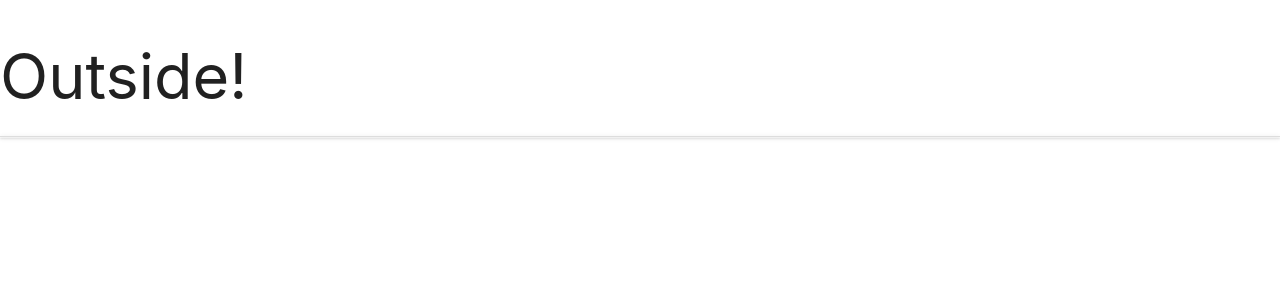
Repository: Code-Institute-Submissions/Project3-Holiday_Planning
Page: http://localhost/?category=Accommodation
The author's editor kept a record of every edit. The page is drawn from the files as they stood at one moment, then again after the next edit.
The browser window is 1280 px wide. The pictures show the whole page.
The page is served by the project's application, run on Flask 3 (app.py). Queries for data that is not in the repository find no rows.

Above is the page before.

### templates/tasks.html
{% extends 'layout.html' %}
{% block content %}


<!--put the collapsible initialization in layout.html    -->
<ul class="collapsible">
     {% for task in tasks %}
    <li>
      <div class="collapsible-header"><i class="material-icons">expand_more</i><strong>{{task.task_name}}</strong> - {{task.due_date}}</div>
      <div class="collapsible-body"><span>{{task.task_description}}</span><br><span>{{task.website_link}}</span></div>
    </li>

    {% endfor %}
  </ul>


{% endblock %}

### templates/layout.html
<!DOCTYPE html>
<html>
    <head>
        <!--jquery place before materialize because materialize use that functionality-->
        <link href="https://fonts.googleapis.com/icon?family=Material+Icons" rel="stylesheet">
        <link rel="stylesheet" href="https://cdnjs.cloudflare.com/ajax/libs/materialize/1.0.0/css/materialize.min.css">



    </head>


    <body>
        <h1>Outside!</h1>
        {% block content %}
        {% endblock %}
    </body>

     <script src="https://cdnjs.cloudflare.com/ajax/libs/jquery/3.4.1/jquery.min.js"></script>


</html>

### app.py

import os
from flask import Flask, render_template, redirect, request, url_for
from flask_pymongo import PyMongo
from bson.objectid import ObjectId

app = Flask(__name__)
app.config["MONGO_DBNAME"] = 'holiday_planning'
app.config["MONGO_URI"] = 'mongodb+srv://root:es1234@cluster0-dio8w.mongodb.net/holiday_planning?retryWrites=true&w=majority'
mongo = PyMongo(app)


# this function fetch all our data in mongodb pass it back to tasks.html
@app.route('/')
@app.route('/get_tasks')
def get_tasks():
    return render_template("tasks.html", tasks=mongo.db.tasks.find())


# this function fetch all our category in mongodb and pass it back to addTask.htmk <select>
@app.route('/add_task')
def add_task():
    return render_template('addtask.html', category=mongo.db.category.find())


if __name__ == '__main__':
    app.run(host=os.environ.get('IP'),
            port=int(os.environ.get('PORT')),
            debug=True)

After the next edit:
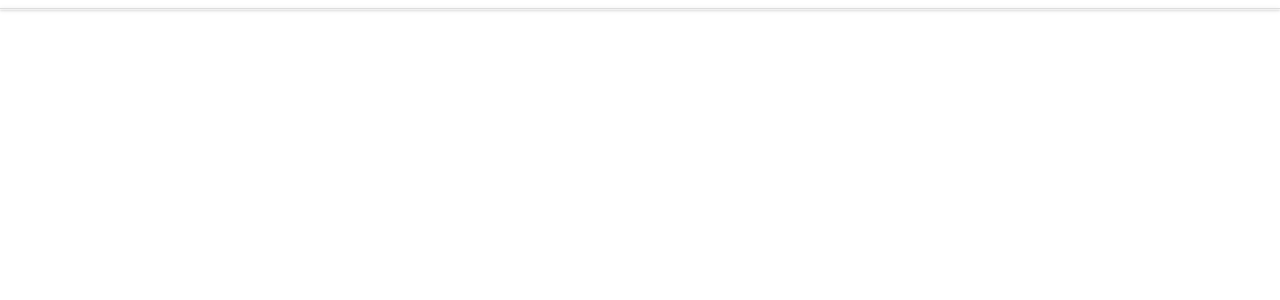
The edit:
--- a/templates/layout.html
+++ b/templates/layout.html
@@ -11,9 +11,10 @@
 
 
     <body>
-        <h1>Outside!</h1>
         {% block content %}
         {% endblock %}
+
+
     </body>
 
      <script src="https://cdnjs.cloudflare.com/ajax/libs/jquery/3.4.1/jquery.min.js"></script>
